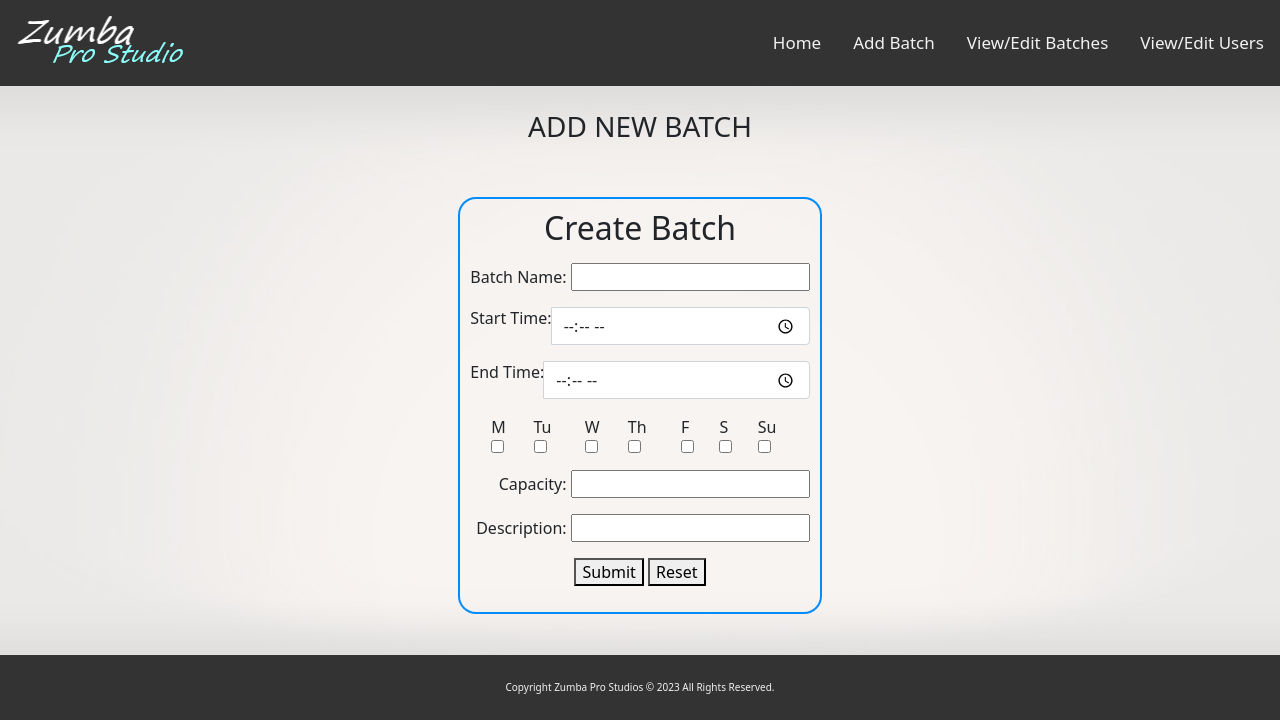
Repository: basemsamuel/Zumba
Page: http://localhost/ZumbaProStudio/addbatch.jsp
The author's editor kept a copy of each file at every save. The page is drawn from the files as they stood at one save, then again after the next save.
The browser window is 1280 px wide. The pictures show the whole page.
The page is served by Tomcat 10. Other server files are loaded and not shown.

Above is the page before, as saved 2023-07-31 02:05:15.

### ZumbaProStudio/src/main/webapp/addbatch.jsp
<jsp:include page="adminheader.jsp"></jsp:include>
<div class="mycontainer">
	<div align="center">
	<br>
	<h3>ADD NEW BATCH</h3>
	<br>
	<br>

	<div>
		<table class="formtable">
			<tr>
				<td style="padding: 10px;">
					<div class='center'>
						<form style="width: 100%;" action="Admin" method = "POST">
						    <h2>Create Batch</h2>
						    <input type="hidden" name="htmlFormName" value="AddBatch" />
						    <div>
						        <p>
							        <div class='right'>
							            <label for="name">Batch Name:</label>
							            <input type="text" id="name" name="name">
							        </div>
						        </p>
						    </div>

						    <div>
						        <p>
							        <div class='right input-group date'>
							            <label for="stime">Start Time:</label>
										<input id="startDate" class="form-control" type="time" id="stime" name="stime">
							        </div>
						        </p>
						    </div>


						    <div>
						        <p>
							        <div class='right input-group date'>
							            <label for="etime">End Time:</label>
							            <input id="startDate" class="form-control" type="time" id="etime" name="etime">
							        </div>
						        </p>
						    </div>

						    <div>
						        <p>
							        <div style="padding-left:20px;">
							        	<Table width="100%">
							        		<tr>
							        			<td>M</td>
							        			<td>Tu</td>
							        			<td>W</td>
							        			<td>Th</td>
							        			<td>F</td>
							        			<td>S</td>
							        			<td>Su</td>
							        		</tr>
							        		<tr>
							        			<td>
										            <input type="checkbox" id="M" name="M" value="M">
							        			</td>
							        			<td>
										            <input type="checkbox" id="Tu" name="Tt" value="Tu">
							        			</td>
							        			<td>
										            <input type="checkbox" id="W" name="W" value="W">
							        			</td>
							        			<td>
										            <input type="checkbox" id="Th" name="Th" value="Th">
							        			</td>
							        			<td>
										            <input type="checkbox" id="F" name="F" value="F">
							        			</td>
							        			<td>
										            <input type="checkbox" id="S" name="S" value="S">
							        			</td>
							        			<td>
										            <input type="checkbox" id="Su" name="Su" value="Su">
							        			</td>
							        		</tr>
							        	</Table>

							        </div>
						        </p>
						    </div>

						    <div>
						        <p>
							        <div class='right'>
							            <label for="capacity">Capacity:</label>
							            <input type="number" id="capacity" name="capacity">
							        </div>
						        </p>
						    </div>

						    <div>
						        <p>
							        <div class='right'>
							            <label for="description">Description:</label>
							            <input type="text" id="description" name="description">
							        </div>
						        </p>
						    </div>
						    <div>
 						        <p>
						            <button type="submit" value="Submit">Submit</button>
						            <button type="reset" value="Reset">Reset</button>
						        </p>
						    </div>
						</form>
					</div>
				</td>
			</tr>
		</table>
		<br>
		<div class="emsg">
			<p>
				${batcherrorMessage}
			</p>
		</div>
	</div>
</div>
<jsp:include page="footer.jsp"></jsp:include>

### ZumbaProStudio/src/main/webapp/adminheader.jsp
<html lang="en">

<head>
    <meta charset="UTF-8">
    <meta http-equiv="X-UA-Compatible" content="IE=edge">
    <meta name="viewport" content="width=device-width, initial-scale=1.0">
    <title>Document</title>
    <link href="https://cdn.jsdelivr.net/npm/bootstrap@5.1.3/dist/css/bootstrap.min.css" rel="stylesheet" integrity="sha384-1BmE4kWBq78iYhFldvKuhfTAU6auU8tT94WrHftjDbrCEXSU1oBoqyl2QvZ6jIW3" crossorigin="anonymous">
    <link rel="stylesheet" type="text/css" href="css/styles.css" />
</head>

<body>
	 <div class="topnav">
		<img src="images/logo.png" alt="Zumba Pro Studio">
		<!-- <a class="active" href="#home">Home</a> -->
		<a href="adminusers.jsp">View/Edit Users</a>
		<a href="admin.jsp">View/Edit Batches</a>
		<a href="addbatch.jsp">Add Batch</a>
		<a href="index.jsp">Home</a>
	</div>

### ZumbaProStudio/src/main/webapp/footer.jsp
<footer>
	Copyright Zumba Pro Studios © 2023 All Rights Reserved.
</footer>
</body>
</html>

### ZumbaProStudio/src/main/webapp/css/styles.css
		.topnav {
			 background-color: #333;
			 overflow: hidden;
				}

		/* Style the links inside the navigation bar */
		.topnav a {
			 float: right;
			 color: #f2f2f2;
			 text-align: center;
			 padding: 30px 16px;
			 text-decoration: none;
			 font-size: 17px;
		}

		.topnav img {
			 float: left;
			 color: #f2f2f2;
			 text-align: center;
			 padding: 14px 16px;
			 text-decoration: none;
			 font-size: 17px;
			 height: 80px;
		}

		/* Change the color of links on hover */
		.topnav a:hover {
			 background-color: #ddd;
			 color: black;
		}

		/* Add a color to the active/current link */
		.topnav a.active {
			 background-color: #04AA6D;
			 color: white;
		}

		footer {
		    background-color: #333;
		    color: #f2f2f2;
		    grid-area: footer;
		    width: 100%;
		    position: absolute;
  			bottom: 0;
  			padding: 25px;
  			text-align: center;
  			font-size: 10px;
		}

		.centerimage {
			height: 100%;
			width: auto;
			display: block;
			margin-left: auto;
			margin-right: auto;

		}

		.center {
			text-align: center;
		}
		.right {
			text-align: right;
		}

		.formtable {
			border-collapse: collapse;
			border-radius: 16px;
			box-shadow: 0 0 0 2px rgb(0, 140, 255);
		}

		.mycontainer {
			height: calc(100% - 150px);
			width: 100%;
			background-image: url('../images/bg.jpg');
			background-color: #333; /* Used if the image is unavailable */
			background-position: center; /* Center the image */
			background-repeat: no-repeat; /* Do not repeat the image */
			background-size: cover; /* Resize the background image to cover the entire container */
		}

		.emsg {
			font-size: 13px;
			color: #FF0000;
		}

After the next save:
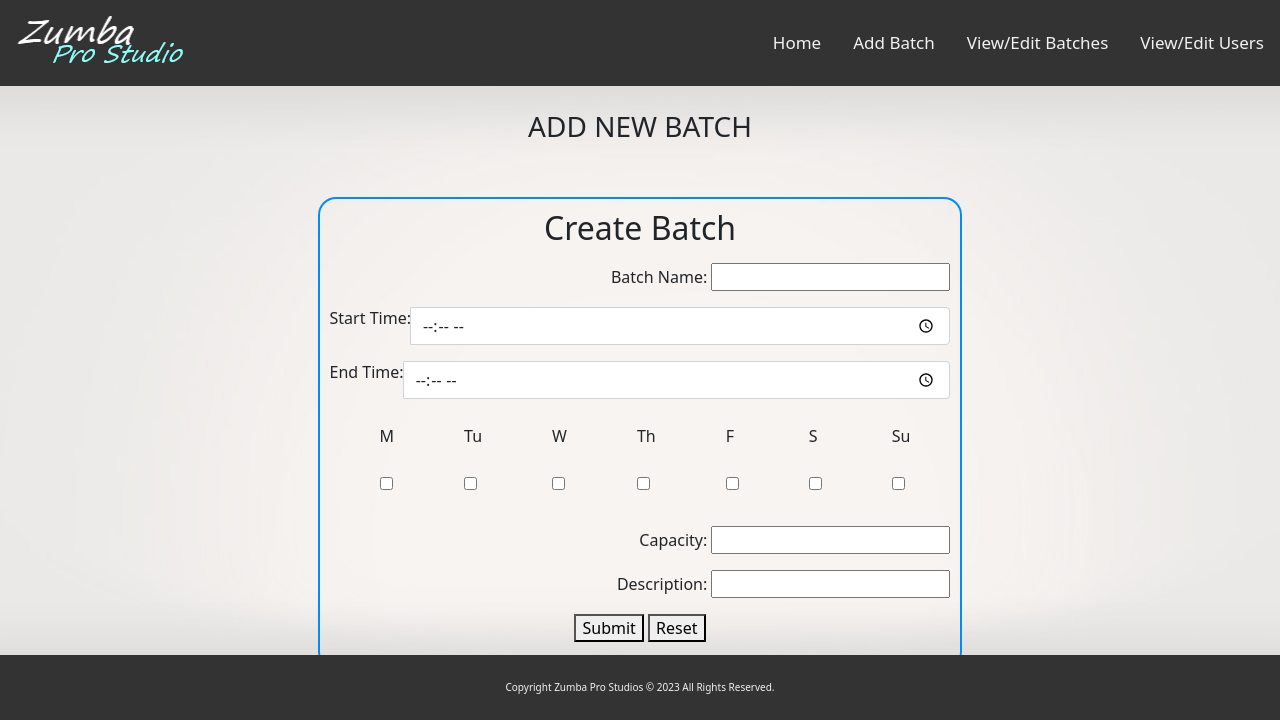
Saved 104 s later.
--- a/ZumbaProStudio/src/main/webapp/css/styles.css
+++ b/ZumbaProStudio/src/main/webapp/css/styles.css
@@ -83,3 +83,10 @@
 			font-size: 13px;
 			color: #FF0000;
 		}
+
+		.batchview td, td {
+			 padding-top: 10px;
+			 padding-bottom: 20px;
+			 padding-left: 30px;
+			 padding-right: 40px;
+		}

After the 2 saves that followed:
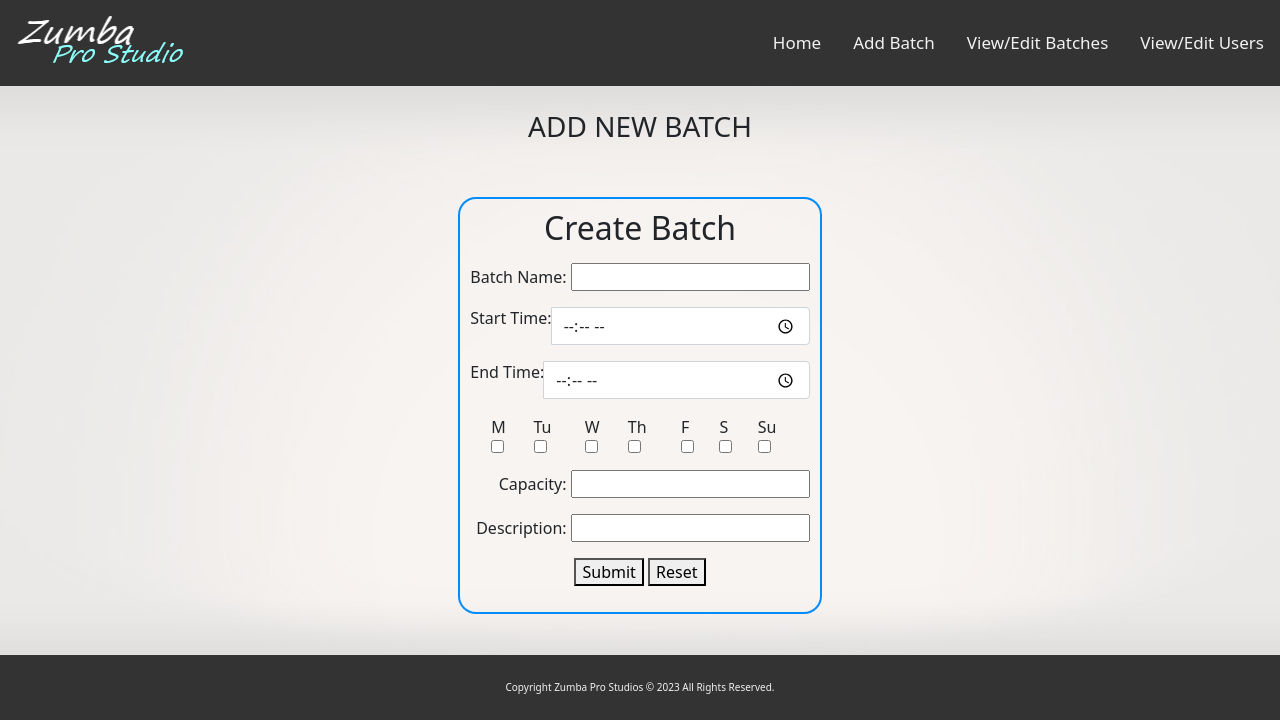
The 2 saves are shown as one change because 1 left the picture as it was.
The last was saved 63 s later.
--- a/ZumbaProStudio/src/main/webapp/css/styles.css
+++ b/ZumbaProStudio/src/main/webapp/css/styles.css
@@ -84,7 +84,7 @@
 			color: #FF0000;
 		}
 
-		.batchview td, td {
+		.batchview {
 			 padding-top: 10px;
 			 padding-bottom: 20px;
 			 padding-left: 30px;
